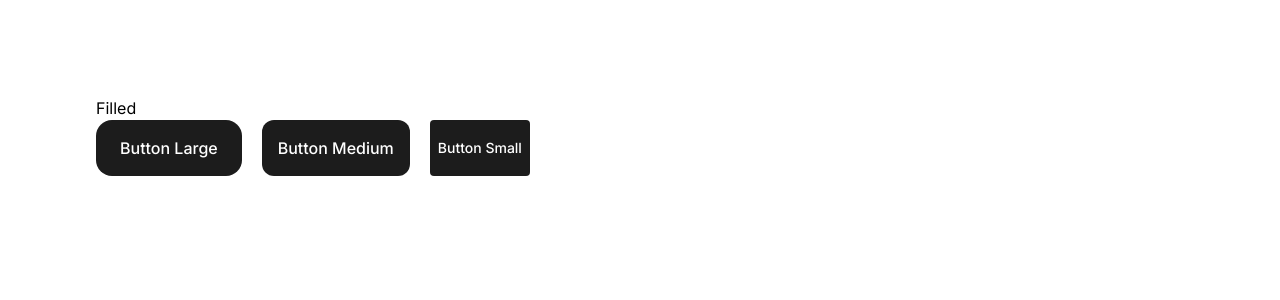
Repository: ggonzaga29/polarized-dashboard
Page: /
An editor plug-in stored every save of this project. The page is shown before and after the next save, followed by the edit.
The browser window is 1280 px wide. The pictures show the whole page.
The project was rebuilt for these pictures with package versions that can differ from the ones it lists, and the page was loaded fresh each time. The framework's server and built-in components were replaced by stand-ins that run in the browser. Also part of the build but not shown: next.config.js.

Above is the page before, as saved 2023-08-03 12:54:53.

### src/app/layout.jsx
import './globals.css';
import { Inter } from 'next/font/google';
import { ThemeProvider } from '@/context/theme-provider';

const inter = Inter({ subsets: ['latin'] });

export const metadata = {
  title: 'Polarized | Dashboard',
};

export default function RootLayout({ children }) {
  return (
    <html lang="en">
      <body className={inter.className}>
        <ThemeProvider attribute="class" defaultTheme="system" enableSystem>
          {children}
        </ThemeProvider>
      </body>
    </html>
  );
}

### src/app/page.jsx
import Image from 'next/image';
import { Button } from '@/components/ui/button';

export default function Home() {
  return (
    <main className="min-h-screen flex-col items-center justify-between p-24">
      <h2>Filled</h2>
      <div className="flex gap-5 ">
        <Button variant="filled" size="lg">
          Button Large
        </Button>
        <Button variant="filled" size="md">
          Button Medium
        </Button>
        <Button variant="filled" size="sm">
          Button Small
        </Button>
      </div>
    </main>
  );
}

### src/app/globals.css
@tailwind base;
@tailwind components;
@tailwind utilities;

@layer base {
  :root {
    /* --background: 0 0% 100%;
    --foreground: 240 10% 3.9%;

    --muted: 240 4.8% 95.9%;
    --muted-foreground: 240 3.8% 46.1%;

    --popover: 0 0% 100%;
    --popover-foreground: 240 10% 3.9%;

    --card: 0 0% 100%;
    --card-foreground: 240 10% 3.9%;

    --border: 240 5.9% 90%;
    --input: 240 5.9% 90%;

    --primary: 240 5.9% 10%;
    --primary-foreground: 0 0% 98%;

    --secondary: 240 4.8% 95.9%;
    --secondary-foreground: 240 5.9% 10%;

    --accent: 240 4.8% 95.9%;
    --accent-foreground: 240 5.9% 10%;

    --destructive: 0 84.2% 60.2%;
    --destructive-foreground: 0 0% 98%;

    --ring: 240 5% 64.9%;

    --radius: 0.5rem; */

    /* 1C1C1C */
    --black-100: hsl(0, 0%, 11%);
    --black-80: hsl(0%, 11%, 80%);

    --white-100: hsl(0, 0%, 100%);
    --white-80: hsl(0, 0%, 80%);
    --white-40: hsl(0, 0%, 40%);
    --white-20: hsl(0, 0%, 20%);
    --white-10: hsl(0, 0%, 10%);
    --white-5: hsl(0, 0%, 5%);

    /* F7F9FB */
    --primary-light: hsl(210, 50%, 98%);
    /* E3F5FF */
    --primary-blue: hsl(210, 90%, 95%);
    /* E5ECF6 */
    --primary-purple: hsl(240, 20%, 90%);
    /* 1C1C1C */
    --primary-brand: hsl(0, 0%, 11%);

    /* 95A4FC */
    --secondary-purple-a: hsl(240, 60%, 75%);
    /* A8C5DA */
    --secondary-blue-a: hsl(200, 30%, 75%);
    /* E3F5FF */
    --secondary-blue-b: hsl(210, 90%, 95%);
    /* A1E3CB */
    --secondary-green-a: hsl(160, 70%, 75%);
    /* BAEDBD */
    --secondary-green-b: hsl(100, 40%, 75%);
    /* FFE999 */
    --secondary-yellow: hsl(50, 100%, 75%);
    /* FF4747 */
    --secondary-red: hsl(0, 100, 64);
  }

  .dark {
    /* --background: 240 10% 3.9%;
    --foreground: 0 0% 98%;

    --muted: 240 3.7% 15.9%;
    --muted-foreground: 240 5% 64.9%;

    --popover: 240 10% 3.9%;
    --popover-foreground: 0 0% 98%;

    --card: 240 10% 3.9%;
    --card-foreground: 0 0% 98%;

    --border: 240 3.7% 15.9%;
    --input: 240 3.7% 15.9%;

    --primary: 0 0% 98%;
    --primary-foreground: 240 5.9% 10%;

    --secondary: 240 3.7% 15.9%;
    --secondary-foreground: 0 0% 98%;

    --accent: 240 3.7% 15.9%;
    --accent-foreground: 0 0% 98%;

    --destructive: 0 62.8% 30.6%;
    --destructive-foreground: 0 85.7% 97.3%;

    --ring: 240 3.7% 15.9%; */
  }
}

@layer base {

}

### src/components/ui/button.jsx
import React from 'react';
import { cva } from 'class-variance-authority';
import { twMerge } from 'tailwind-merge';

const button = cva(
  [
    'inline-flex items-center justify-center font-medium transition-colors disabled:pointer-events-none disabled:opacity-50',
  ],
  {
    variants: {
      variant: {
        filled: ['bg-[#1C1C1C]', 'text-white', "hover:bg-[#2C2C2C]"],
				outlined: ['border-[#1C1C1C]', 'text-[#1C1C1C]', 'hover:bg-[#1C1C1C]'],
				gray: ['bg-[#F5F5F5]', 'text-[#1C1C1C]', 'hover:bg-[#E5E5E5]'],
				ghost: ['text-[#1C1C1C]', 'hover:bg-[#1C1C1C]'],
      },

      size: {
        sm: ['px-2', 'py-1', 'rounded', "text-sm"],
        md: ['px-4', 'py-2', 'rounded-xl'],
        lg: ['px-6', 'py-4', 'rounded-2xl'],
      },
    },
  },
);

const Button = ({ variant, size, className, children }) => {
  if (!variant) variant = 'primary';
  if (!size) size = 'md';

  return (
    <button className={twMerge(button({ variant, size }), className)}>
      {children}
    </button>
  );
};

Button.displayName = 'Button';

export { Button };

### tailwind.config.js
/** @type {import('tailwindcss').Config} */
module.exports = {
	darkMode: ["class"],
	content: [
		'./pages/**/*.{js,jsx}',
		'./components/**/*.{js,jsx}',
		'./app/**/*.{js,jsx}',
		'./src/**/*.{js,jsx}',
	],
	theme: {
		// container: {
		//   center: true,
		//   padding: "2rem",
		//   screens: {
		//     "2xl": "1400px",
		//   },
		// },
		extend: {
			colors: {

				black: {
					DEFAULT: "#000000",
					100: "#F5F5F5",
					200: "#EEEEEE",


					// border: "hsl(var(--border))",
					// input: "hsl(var(--input))",
					// ring: "hsl(var(--ring))",
					// background: "hsl(var(--background))",
					// foreground: "hsl(var(--foreground))",
					// primary: {
					//   DEFAULT: "hsl(var(--primary))",
					//   foreground: "hsl(var(--primary-foreground))",
					// },
					// secondary: {
					//   DEFAULT: "hsl(var(--secondary))",
					//   foreground: "hsl(var(--secondary-foreground))",
					// },
					// destructive: {
					//   DEFAULT: "hsl(var(--destructive))",
					//   foreground: "hsl(var(--destructive-foreground))",
					// },
					// muted: {
					//   DEFAULT: "hsl(var(--muted))",
					//   foreground: "hsl(var(--muted-foreground))",
					// },
					// accent: {
					//   DEFAULT: "hsl(var(--accent))",
					//   foreground: "hsl(var(--accent-foreground))",
					// },
					// popover: {
					//   DEFAULT: "hsl(var(--popover))",
					//   foreground: "hsl(var(--popover-foreground))",
					// },
					// card: {
					//   DEFAULT: "hsl(var(--card))",
					//   foreground: "hsl(var(--card-foreground))",
					// },
				},
				borderRadius: {
					// lg: "var(--radius)",
					// md: "calc(var(--radius) - 2px)",
					// sm: "calc(var(--radius) - 4px)",
				},
				keyframes: {
					// "accordion-down": {
					//   from: { height: 0 },
					//   to: { height: "var(--radix-accordion-content-height)" },
					// },
					// "accordion-up": {
					//   from: { height: "var(--radix-accordion-content-height)" },
					//   to: { height: 0 },
					// },
				},
				animation: {
					// "accordion-down": "accordion-down 0.2s ease-out",
					// "accordion-up": "accordion-up 0.2s ease-out",
				},
			},
		},
		plugins: [require("tailwindcss-animate")],
	}
}

Loaded but not shown: src/context/theme-provider.jsx (common file)

After the next save:
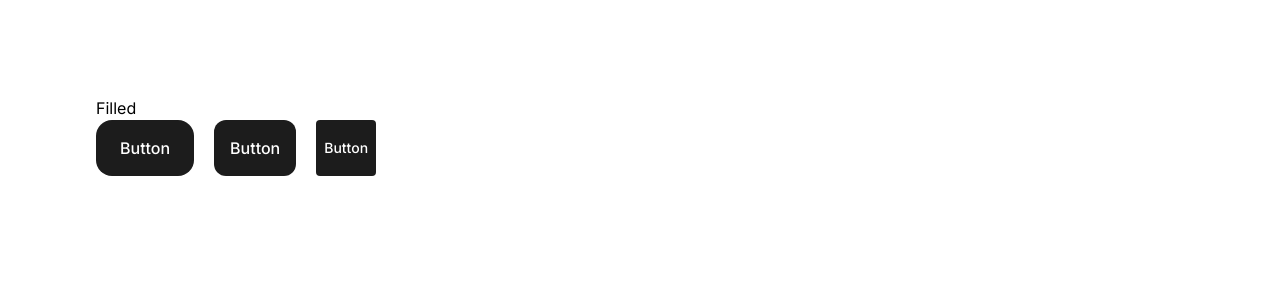
Saved 42 s later.
--- a/src/app/page.jsx
+++ b/src/app/page.jsx
@@ -7,13 +7,13 @@ export default function Home() {
       <h2>Filled</h2>
       <div className="flex gap-5 ">
         <Button variant="filled" size="lg">
-          Button Large
+          Button
         </Button>
         <Button variant="filled" size="md">
-          Button Medium
+          Button
         </Button>
         <Button variant="filled" size="sm">
-          Button Small
+          Button
         </Button>
       </div>
     </main>
